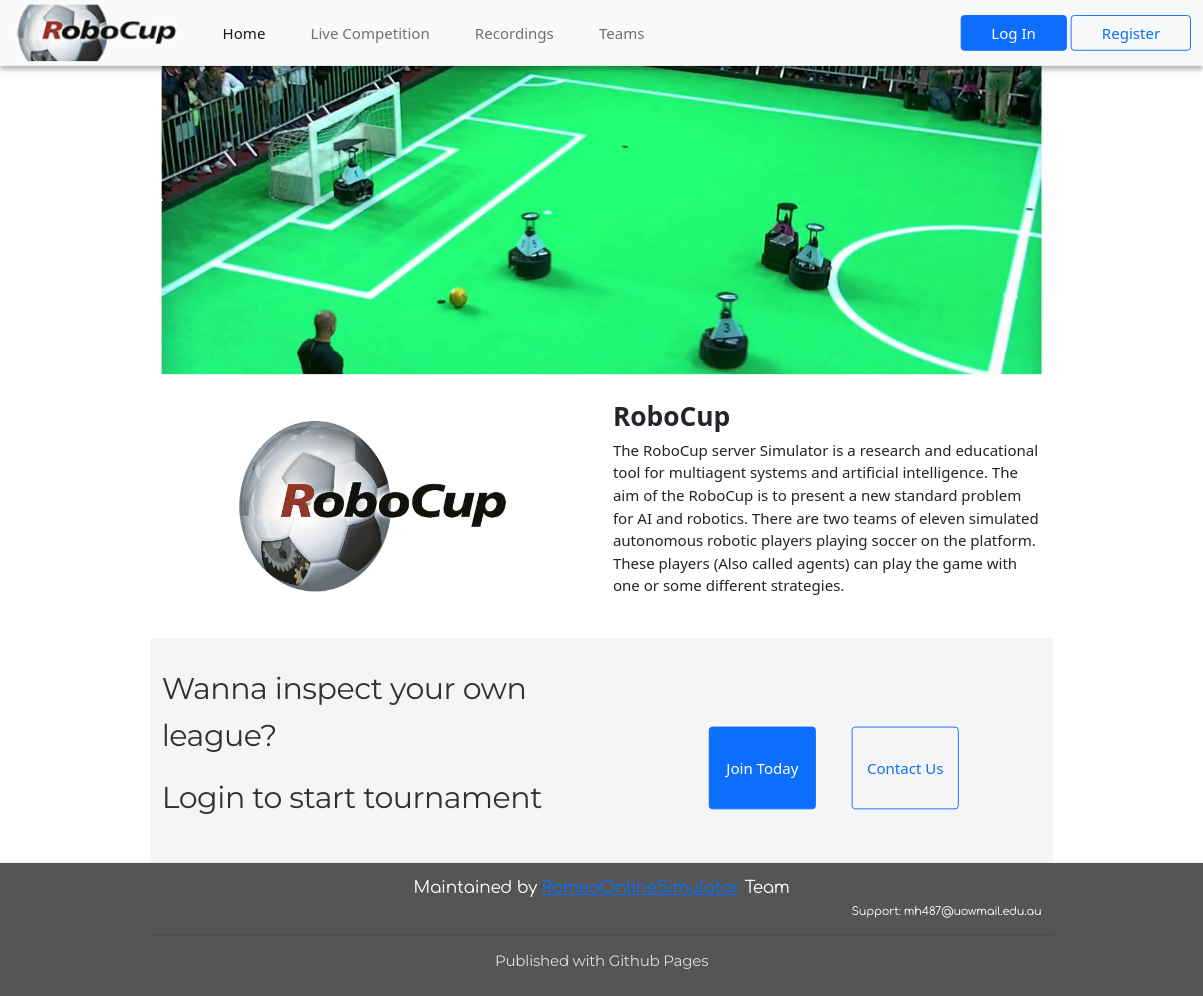
Repository: romeoonlinesim/romeoonlinesim.github.io
Page: index.html
The author's editor kept a copy of each file at every save. The page is drawn from the files as they stood at one save, then again after the next save.
The browser window is 1280 px wide. The pictures show the whole page, at 94% of full size.

Above is the page before, as saved 2021-05-18 16:00:18.

After the next save:
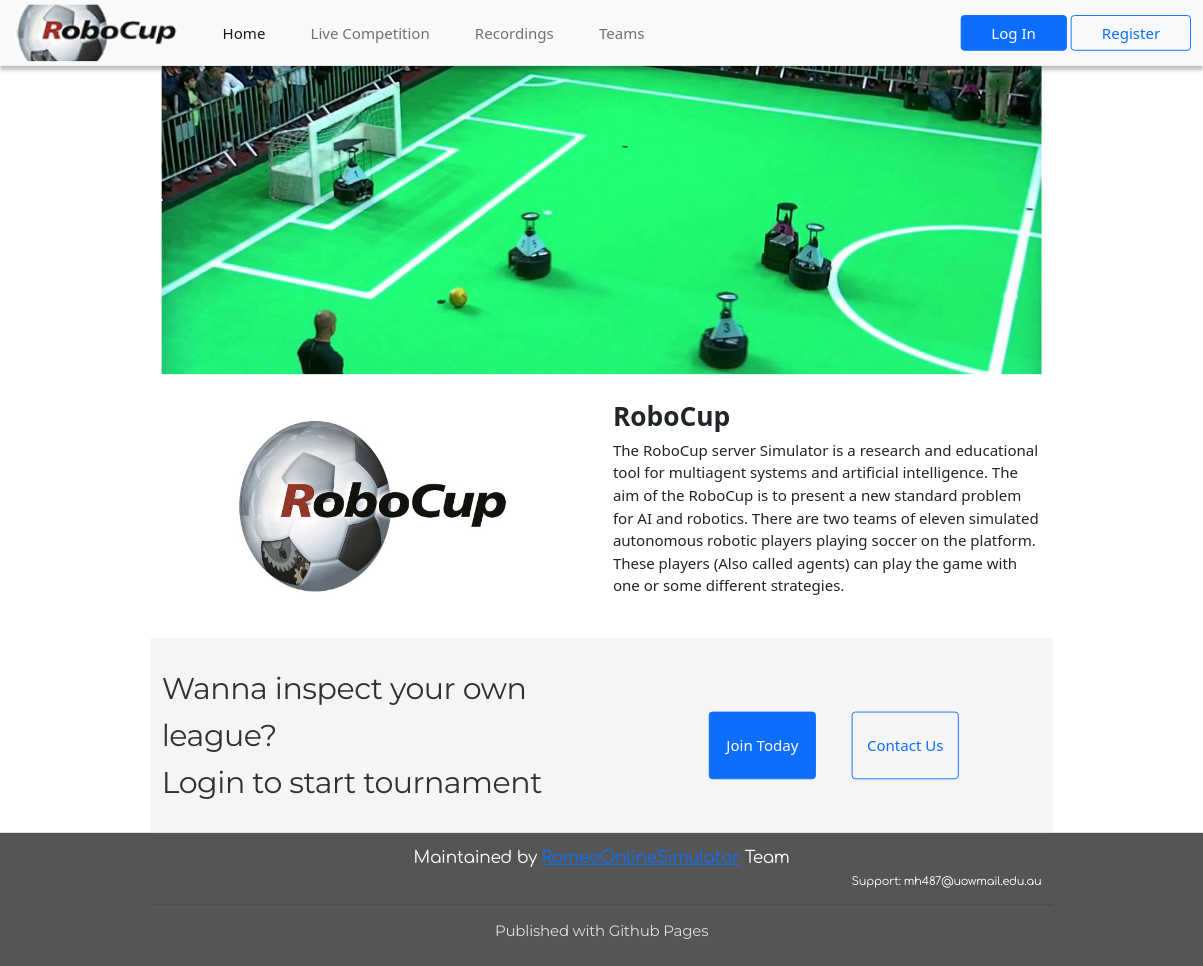
Saved 10 s later.
--- a/index.html
+++ b/index.html
@@ -57,7 +57,7 @@
             font-weight: normal;
             font-size: 32px;
             line-height: 50px;
-            padding-bottom: 0%;
+            margin-bottom: 0%;
             /* or 139% */
 
             letter-spacing: -0.015em;
